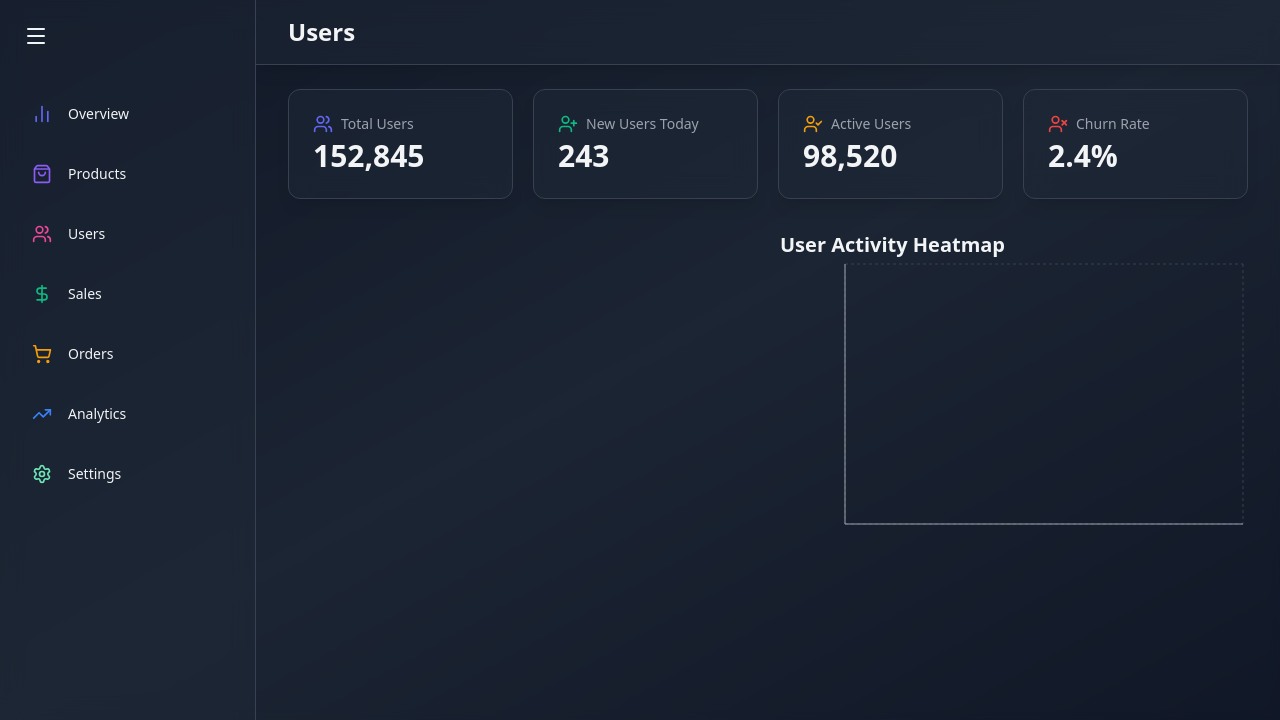
Repository: Abdirabi11/React-dashboard
Page: /users
The author's editor kept a copy of each file at every save. The page is drawn from the files as they stood at one save, then again after the next save.
The browser window is 1280 px wide. The pictures show the whole page.
The project was rebuilt for these pictures with package versions that can differ from the ones it lists, and the page was loaded fresh each time. Also part of the build but not shown: vite.config.js, src/components/overview/SalesOverviewChart.jsx, src/components/overview/CategoryDistributionChart.jsx, src/components/overview/SalesChannelChart.jsx, src/pages/OverviewPage.jsx, src/components/products/SalesTrendChart.jsx, src/components/products/ProductsTable.jsx, src/pages/ProductsPage.jsx and 4 more.

Above is the page before, as saved 2025-07-18 21:06:55.

### src/components/common/Sidebar.jsx
import { BarChart2, DollarSign, Menu, Settings, ShoppingBag, ShoppingCart, TrendingUp, Users } from "lucide-react";
import { useState } from "react";
import { AnimatePresence, motion } from "framer-motion";
import { Link } from "react-router-dom";

const SIDEBAR_ITEMS = [
	{
		name: "Overview",
		icon: BarChart2,
		color: "#6366f1",
		href: "/",
	},
	{ name: "Products", icon: ShoppingBag, color: "#8B5CF6", href: "/products" },
	{ name: "Users", icon: Users, color: "#EC4899", href: "/users" },
	{ name: "Sales", icon: DollarSign, color: "#10B981", href: "/sales" },
	{ name: "Orders", icon: ShoppingCart, color: "#F59E0B", href: "/orders" },
	{ name: "Analytics", icon: TrendingUp, color: "#3B82F6", href: "/analytics" },
	{ name: "Settings", icon: Settings, color: "#6EE7B7", href: "/settings" },
];

const Sidebar = () => {
	const [isSidebarOpen, setIsSidebarOpen] = useState(true);

	return (
		<motion.div
			className={`relative z-10 transition-all duration-300 ease-in-out flex-shrink-0 ${
				isSidebarOpen ? "w-64" : "w-20"
			}`}
			animate={{ width: isSidebarOpen ? 256 : 80 }}
		>
			<div className='h-full bg-gray-800 bg-opacity-50 backdrop-blur-md p-4 flex flex-col border-r border-gray-700'>
				<motion.button
					whileHover={{ scale: 1.1 }}
					whileTap={{ scale: 0.9 }}
					onClick={() => setIsSidebarOpen(!isSidebarOpen)}
					className='p-2 rounded-full hover:bg-gray-700 transition-colors max-w-fit'
				>
					<Menu size={24} />
				</motion.button>

				<nav className='mt-8 flex-grow'>
					{SIDEBAR_ITEMS.map((item) => (
						<Link key={item.href} to={item.href}>
							<motion.div className='flex items-center p-4 text-sm font-medium rounded-lg hover:bg-gray-700 transition-colors mb-2'>
								<item.icon size={20} style={{ color: item.color, minWidth: "20px" }} />
								<AnimatePresence>
									{isSidebarOpen && (
										<motion.span
											className='ml-4 whitespace-nowrap'
											initial={{ opacity: 0, width: 0 }}
											animate={{ opacity: 1, width: "auto" }}
											exit={{ opacity: 0, width: 0 }}
											transition={{ duration: 0.2, delay: 0.3 }}
										>
											{item.name}
										</motion.span>
									)}
								</AnimatePresence>
							</motion.div>
						</Link>
					))}
				</nav>
			</div>
		</motion.div>
	);
};
export default Sidebar;

### src/pages/UsersPage.jsx
import { motion } from "framer-motion";
import { UserCheck, UserPlus, UsersIcon, UserX } from "lucide-react";
import Header from "../components/common/Header";
import StatCard from "../components/common/StatCard";
import UserActivityHeatmap from "../components/users/UserActivityHeatmap";
import UserDemographicsChart from "../components/users/UserDemographicsChart";
import UserGrowthChart from "../components/users/UserGrowthChart";
import UsersTable from "../components/users/UsersTable";

const userStats = {
	totalUsers: 152845,
	newUsersToday: 243,
	activeUsers: 98520,
	churnRate: "2.4%",
};

const UsersPage = () => {
	return (
		<div className="flex-1 overflow-auto relative z-10">
			<Header title='Users'/>
			<main className="max-w-7xl mx-auto py-6 px-4 lg:px-8">
				<motion.div
				 className="grid grid-cols-1 gap-5 sm:grid-cols-2 lg:grid-cols-4 mb-8"
				 initial={{ opacity: 0, y: 20 }}
				 animate={{ opacity: 1, y: 0 }}
				 transition={{ duration: 1 }}
				>
					<StatCard
					 name='Total Users'
					 icon={UsersIcon}
					 value={userStats.totalUsers.toLocaleString()}
					 color='#6366F1'
					/>
					<StatCard name='New Users Today' icon={UserPlus} value={userStats.newUsersToday} color='#10B981' />
					<StatCard
						name='Active Users'
						icon={UserCheck}
						value={userStats.activeUsers.toLocaleString()}
						color='#F59E0B'
					/>
					<StatCard name='Churn Rate' icon={UserX} value={userStats.churnRate} color='#EF4444' />
				</motion.div>
				<UsersTable />
				<div className='grid grid-cols-1 lg:grid-cols-2 gap-6 mt-8'>
					<UserGrowthChart />
					<UserActivityHeatmap />
					<UserDemographicsChart />
				</div>
			</main>
		</div>
	);
};
export default UsersPage;

### src/components/users/UserActivityHeatmap.jsx
import { Bar, BarChart, CartesianGrid, Legend, ResponsiveContainer, Tooltip, XAxis, YAxis } from "recharts";
import { motion } from "framer-motion";

const userActivityData = [
	{ name: "Mon", "0-4": 20, "4-8": 40, "8-12": 60, "12-16": 80, "16-20": 100, "20-24": 30 },
	{ name: "Tue", "0-4": 30, "4-8": 50, "8-12": 70, "12-16": 90, "16-20": 110, "20-24": 40 },
	{ name: "Wed", "0-4": 40, "4-8": 60, "8-12": 80, "12-16": 100, "16-20": 120, "20-24": 50 },
	{ name: "Thu", "0-4": 50, "4-8": 70, "8-12": 90, "12-16": 110, "16-20": 130, "20-24": 60 },
	{ name: "Fri", "0-4": 60, "4-8": 80, "8-12": 100, "12-16": 120, "16-20": 140, "20-24": 70 },
	{ name: "Sat", "0-4": 70, "4-8": 90, "8-12": 110, "12-16": 130, "16-20": 150, "20-24": 80 },
	{ name: "Sun", "0-4": 80, "4-8": 100, "8-12": 120, "12-16": 140, "16-20": 160, "20-24": 90 },
];


const UserActivityHeatmap = () => {
  return (
    <motion.div>
        <h2 className="text-xl font-semibold text-gray-100 mb-4'"> User Activity Heatmap </h2>
        <div style={{ width: "100%", height: 300 }}>
            <ResponsiveContainer>
                <BarChart>
                    <CartesianGrid strokeDasharray='3 3' stroke='#374151' />
                    <XAxis dataKey='name' stroke='#9CA3AF' />
					<YAxis stroke='#9CA3AF' />
                    <Tooltip
                        contentStyle={{
                            backgroundColor: "rgba(31, 41, 55, 0.8)",
                            borderColor: "#4B5563",
                        }}
                        itemStyle={{ color: "#E5E7EB" }}
                    />
                    <Legend />
                </BarChart>
            </ResponsiveContainer>
        </div>
    </motion.div>
  )
}

export default UserActivityHeatmap

### src/components/users/UserDemographicsChart.jsx
import React from 'react'

const UserDemographicsChart = () => {
  return (
    <div>

    </div>
  )
}

export default UserDemographicsChart

### src/components/users/UserGrowthChart.jsx
import React from 'react'

const UserGrowthChart = () => {
  return (
    <div>

    </div>
  )
}

export default UserGrowthChart

### src/components/users/UsersTable.jsx
import React from 'react'

const UsersTable = () => {
  return (
    <div>

    </div>
  )
}

export default UsersTable

Loaded but not shown: index.html (common file); src/main.jsx (common file); src/App.jsx (common file); src/index.css (common file); src/components/common/Header.jsx (common file); src/components/common/StatCard.jsx (common file); tailwind.config.js (common file)

After the next save:
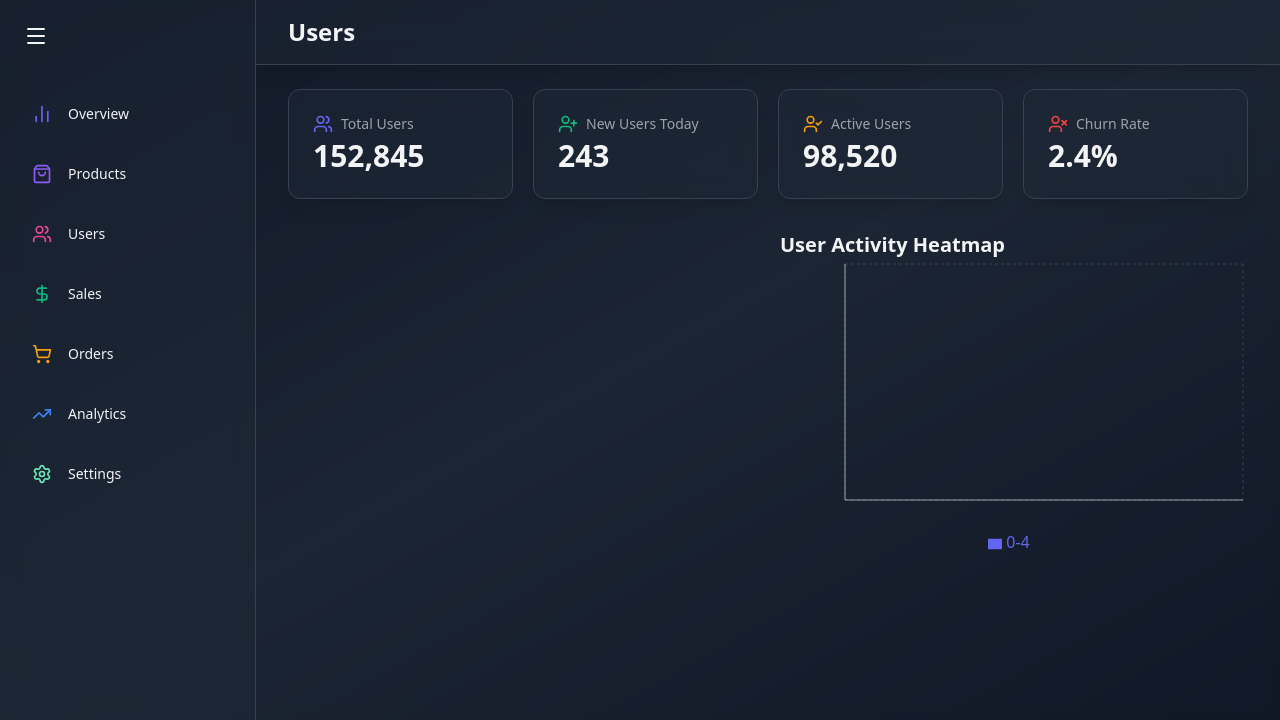
Saved 9 s later.
--- a/src/components/users/UserActivityHeatmap.jsx
+++ b/src/components/users/UserActivityHeatmap.jsx
@@ -30,6 +30,7 @@ const UserActivityHeatmap = () => {
                         itemStyle={{ color: "#E5E7EB" }}
                     />
                     <Legend />
+                    <Bar dataKey='0-4' stackId='a' fill='#6366F1' />
                 </BarChart>
             </ResponsiveContainer>
         </div>
